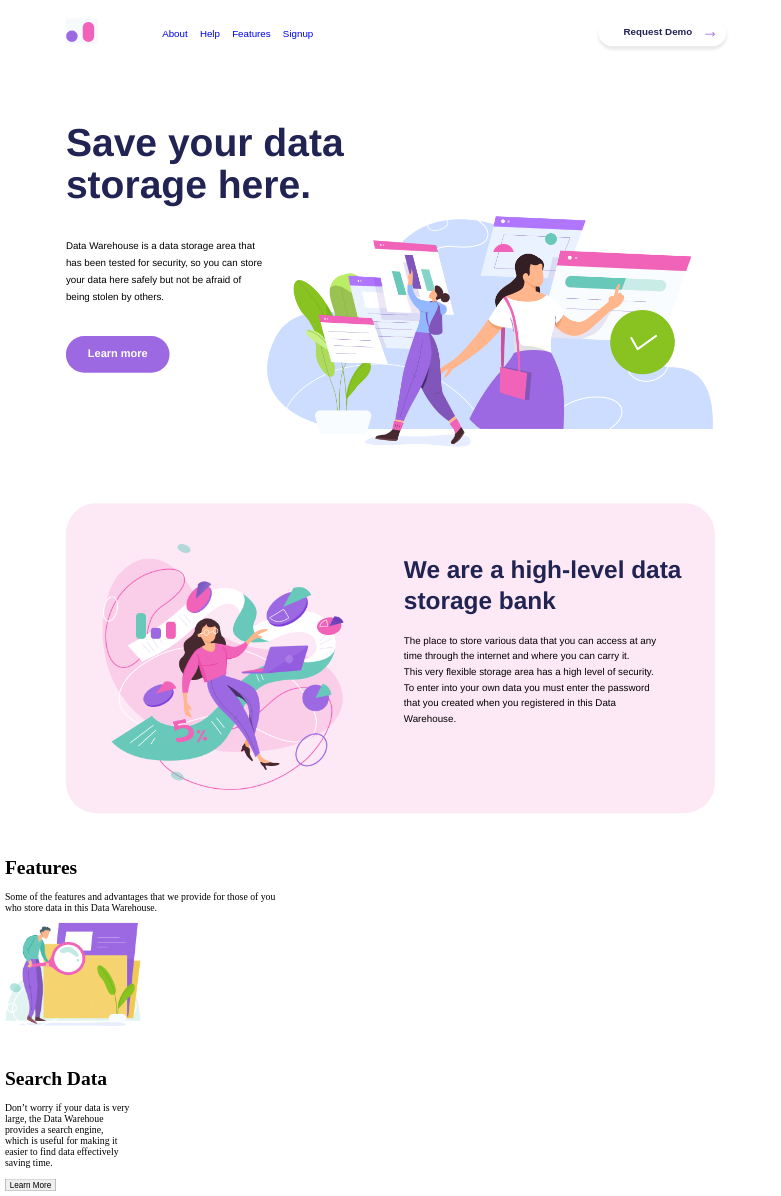
Repository: batonAnton/HW6_flexbox
Page: index.html
The author's editor kept a copy of each file at every save. The page is drawn from the files as they stood at one save, then again after the next save.
The browser window is 1280 px wide. The pictures show the whole page, at 61% of full size.
Some web fonts or font styles are not loaded; a fallback is used.

Above is the page before, as saved 2022-06-18 11:58:44.

After the next save:
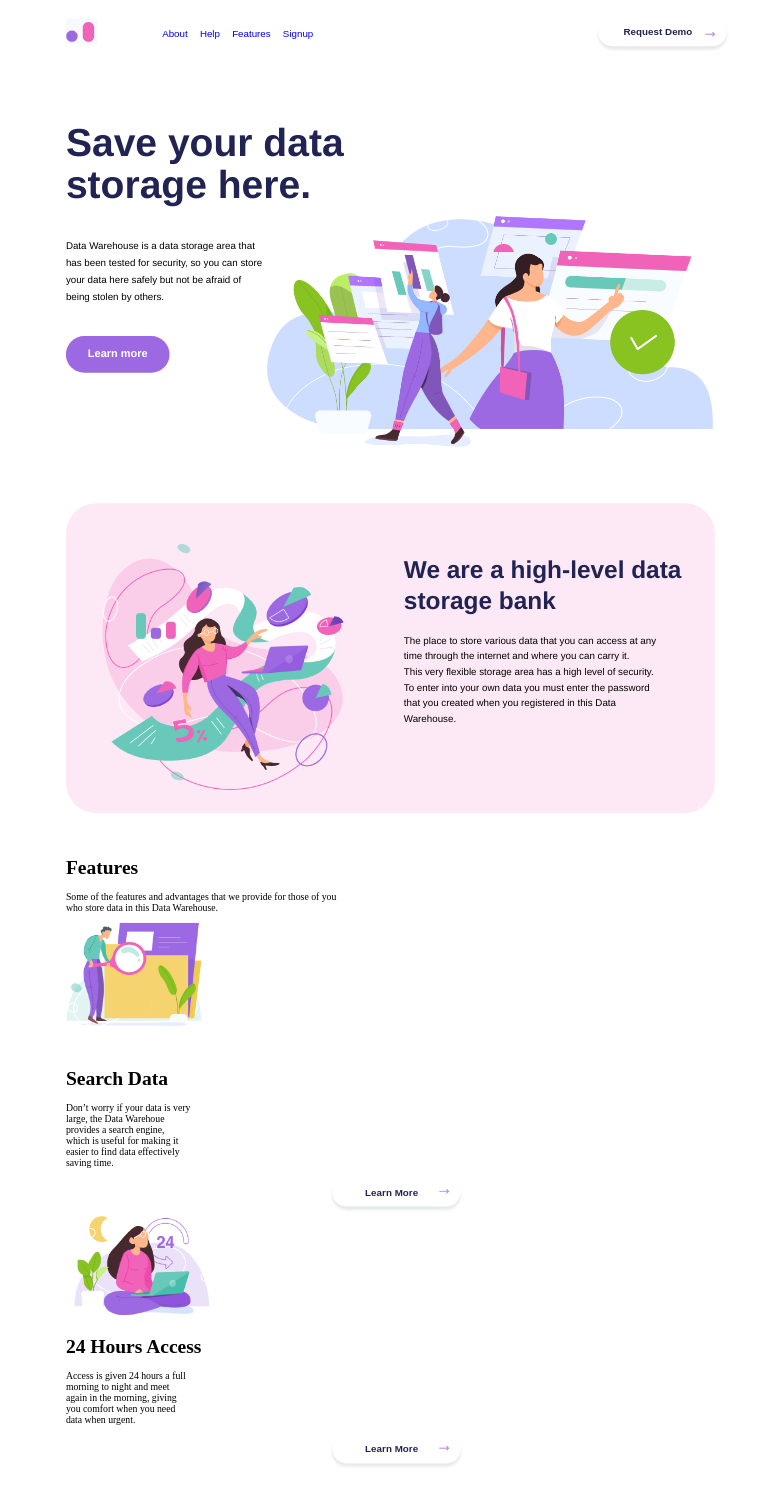
Saved 5 min 26 s later.
--- a/index.html
+++ b/index.html
@@ -71,7 +71,7 @@
         </div>
     </div>
 
-    <div class="section3">
+    <div class="section3 allstyles">
         <h1>Features</h1>
         <p>Some of the features and advantages that we provide for those of you <br> who store data in this Data Warehouse.</p>
 
@@ -83,7 +83,33 @@
                     Don’t worry if your data is very <br> large, the Data Warehoue <br> provides a search engine, <br> which is useful for making it <br> easier to find data effectively <br> saving time.
                 </p>
 
-                <button>Learn More</button>
+                <div class="header-btn">
+                    <div>
+                        <button>Learn More</button>
+                    </div>
+                    <div class="btn-img">
+                        <img src="./images/right-arrow.png" alt="arrow-right" >
+                    </div>
+                </div>
+            </div>
+
+            <div class="block">
+                <img src="./images/section3/image2.png" alt="img">
+                <h1>24 Hours Access</h1>
+                <p>
+                    Access is given 24 hours a full <br> morning to night and
+                    meet <br> again in the morning, giving <br> you comfort when
+                    you need <br> data when urgent.
+                </p>
+
+                <div class="header-btn">
+                    <div>
+                        <button>Learn More</button>
+                    </div>
+                    <div class="btn-img">
+                        <img src="./images/right-arrow.png" alt="arrow-right" >
+                    </div>
+                </div>
             </div>
         </div>
     </div>
